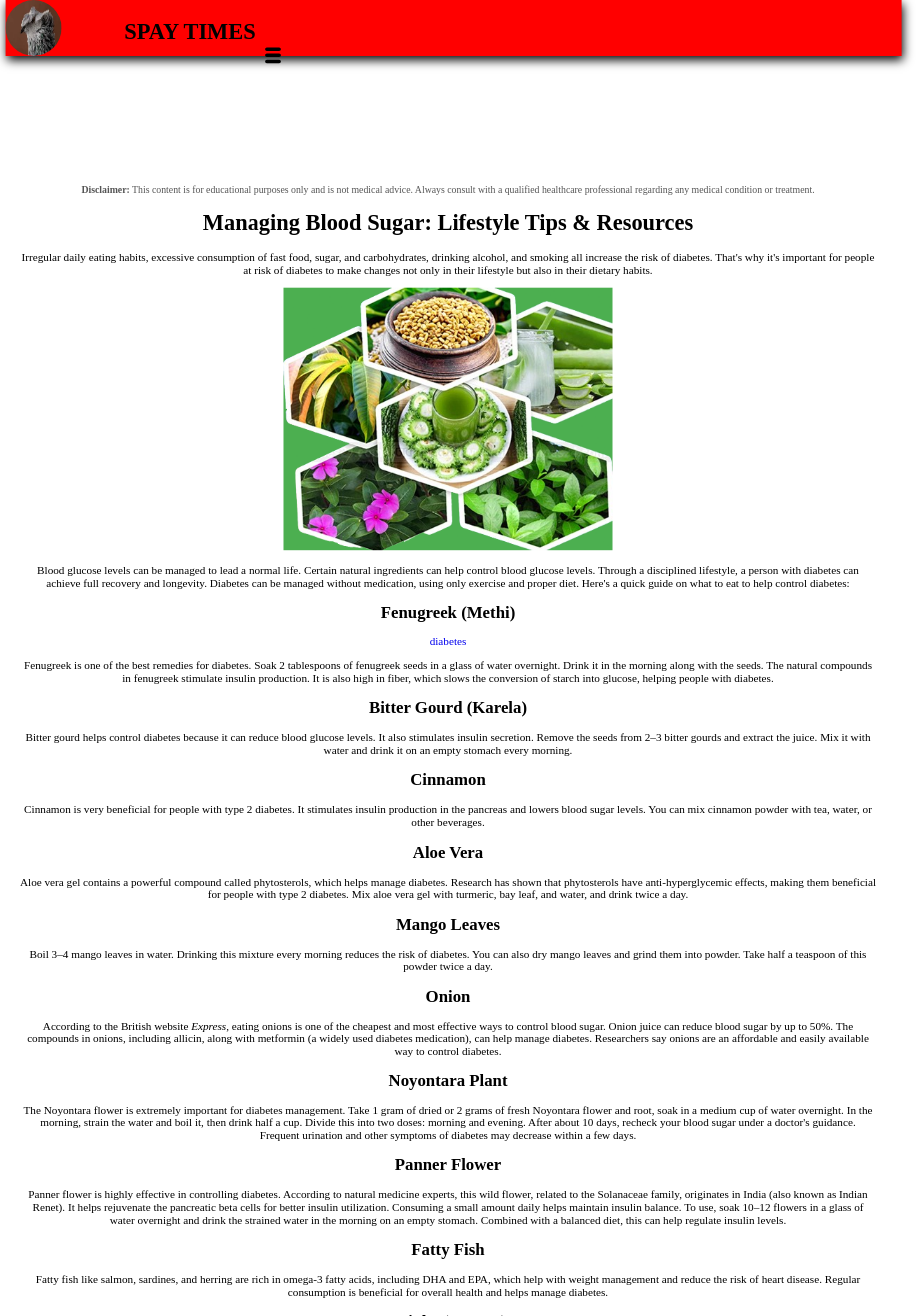
Repository: ridhukhan/spytimes
Page: /blood-sugar-natural-tips
An editor plug-in stored every save of this project. The page is shown before and after the next save, followed by the edit.
The browser window is 1280 px wide. The page is 1280 px wide, then 1308 px, so the pictures cover 1308 px, including what lies to the right of the window. The pictures show the part of the page from y = 0 to 1880 px (the page is 2215 px tall before and 2949 px after), at 70% of full size.
The project was rebuilt for these pictures with package versions that can differ from the ones it lists, and the page was loaded fresh each time. Also part of the build but not shown: vite.config.js, src/components/trending/Trending.jsx, src/components/ads/AdsBanner.jsx, src/pages/home/Home.jsx, src/components/policy/PrivecyPolicy.jsx, src/components/policy/Terms.jsx, src/components/trending/TrendingDetails.jsx, src/pages/heath/Health.jsx and 2 more.

Above is the page before, as saved 2026-01-13 18:34:54.

After the next save:
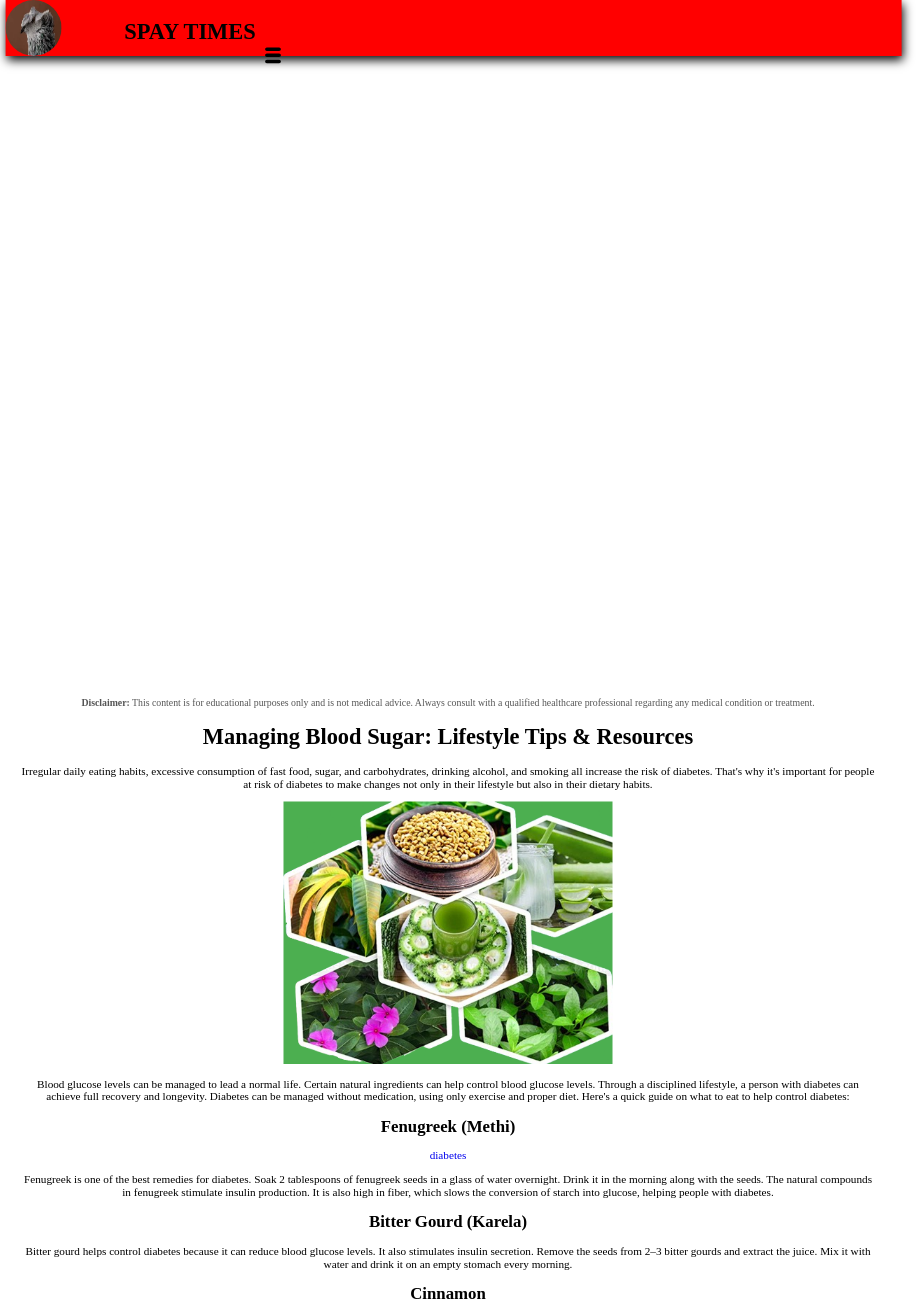
Saved 20 s later.
--- a/src/pages/heath/Dieabeties.jsx
+++ b/src/pages/heath/Dieabeties.jsx
@@ -1,9 +1,11 @@
 import React from 'react';
 import diabetese from "../../assets/diabetes01.png";
+import FullPageAdBanner from '../../components/ads/FullPageAdBanner';
 
 const Dieabeties = () => {
   return (
     <div style={{marginTop:"20%", textAlign:"center", padding: "0 20px"}}>
+      <FullPageAdBanner/>
       <p style={{fontSize:"14px",color:"#555"}}>
         <strong>Disclaimer:</strong> This content is for educational purposes only and is not medical advice.
         Always consult with a qualified healthcare professional regarding any medical condition or treatment.
